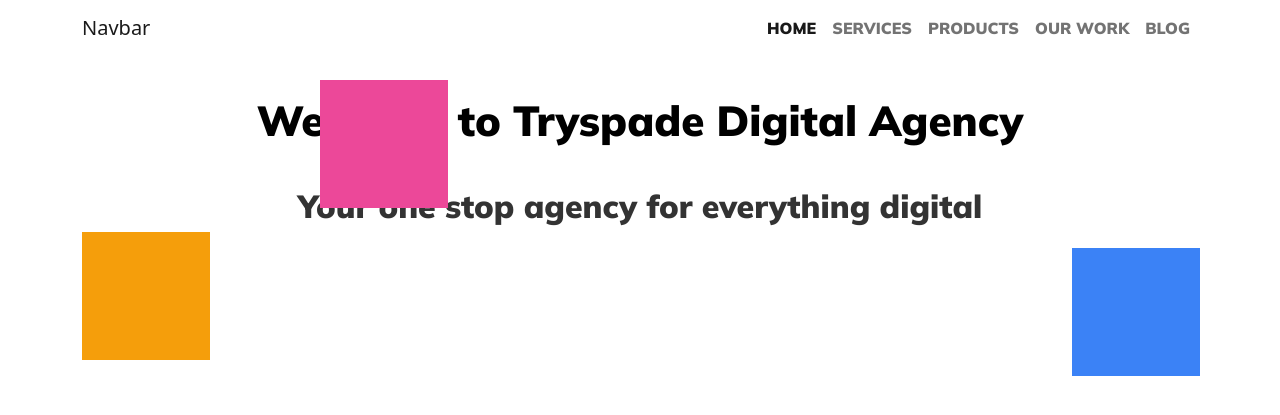
Repository: latenightsnacc/super-octo-fortnight
Page: index.html
The author's editor kept a copy of each file at every save. The page is drawn from the files as they stood at one save, then again after the next save.
The browser window is 1280 px wide. The pictures show the whole page.
Some web libraries are served in a nearby version. The style sheet was rebuilt from its Sass, Less or Tailwind sources for each picture, by a compiler version that may differ from the author's.

Above is the page before, as saved 2021-01-29 12:24:42.

### index.html
<!DOCTYPE html>
<html lang="en">
<head>
    <meta charset="UTF-8">
    <meta name="viewport" content="width=device-width, initial-scale=1.0">
    <!--Tailwind 2.0.2-->
    <link href="https://cdnjs.cloudflare.com/ajax/libs/tailwindcss/2.0.2/tailwind.min.css" rel="stylesheet">
    <!--Font Awesome 5.15.1-->
    <link rel="stylesheet" href="https://cdnjs.cloudflare.com/ajax/libs/font-awesome/5.15.1/css/all.min.css" integrity="sha512-+4zCK9k+qNFUR5X+cKL9EIR+ZOhtIloNl9GIKS57V1MyNsYpYcUrUeQc9vNfzsWfV28IaLL3i96P9sdNyeRssA==" crossorigin="anonymous" />
    <!-- Bootstrap 5.0.0 Beta-->
    <link href="https://cdn.jsdelivr.net/npm/bootstrap@5.0.0-beta1/dist/css/bootstrap.min.css" rel="stylesheet" integrity="sha384-giJF6kkoqNQ00vy+HMDP7azOuL0xtbfIcaT9wjKHr8RbDVddVHyTfAAsrekwKmP1" crossorigin="anonymous" />
    <!-- UIkit CSS -->
    <link rel="stylesheet" href="https://cdn.jsdelivr.net/npm/uikit@3.6.9/dist/css/uikit.min.css" />
    <link rel="apple-touch-icon" sizes="180x180" href="/apple-touch-icon.png">
    <link rel="icon" type="image/png" sizes="32x32" href="/favicon-32x32.png">
    <link rel="icon" type="image/png" sizes="16x16" href="/favicon-16x16.png">
    <link rel="manifest" href="/site.webmanifest">
    <!--Custom Stylesheet-->
    <link rel="stylesheet" href="stylesheet/stylesheet.css">
    <title>TrySpade - Digital Agency</title>
</head>
<body class="overflow-x-hidden min-h-screen" >
    <main class="w-full mx-auto">
        <header>
            <nav class="navbar navbar-expand-lg navbar-light bg-white">
                <div class="container">
                  <a class="navbar-brand" href="#">Navbar</a>
                  <button class="navbar-toggler" type="button" data-bs-toggle="collapse" data-bs-target="#navbarSupportedContent" aria-controls="navbarSupportedContent" aria-expanded="false" aria-label="Toggle navigation">
                    <span class="navbar-toggler-icon"></span>
                  </button>
                  <div class="collapse navbar-collapse" id="navbarSupportedContent">
                    <ul class="navbar-nav ml-auto mb-2 mb-lg-0">
                        <li class="nav-item">
                            <a class="nav-link active text-base uppercase" aria-current="page" href="#">Home</a>
                        </li>
                        <li class="nav-item">
                            <a class="nav-link text-base uppercase" href="#">services</a>
                        </li>
                        <li class="nav-item">
                            <a class="nav-link text-base uppercase" href="#">products</a>
                        </li>
                        <li class="nav-item">
                            <a class="nav-link text-base uppercase" href="#">our work</a>
                        </li>
                        <li class="nav-item">
                            <a class="nav-link text-base uppercase" href="#">blog</a>
                        </li>

                    </ul>
                  </div>
                </div>
            </nav>
        </header>
        <section id="banner" class="bg-white w-full">
            <div class="container">
                <div class="relative flex flex-col items-center h-auto"></div>
                    <h1 class="z-50 text-black text-center">Welcome to Tryspade Digital Agency</h1>
                    <h2 class="z-40 text-center">Your one stop agency for everything digital</h2>
                    <!--BOXES-->
                    <div class=" absolute bottom-50 left-50 ...">
                        <div class="z-0 border-2 border-yellow-500 bg-yellow-500 w-32 h-32"></div>
                    </div>
                    <div class="absolute bottom-70 right-20 ...">
                        <div class="z-0 border-2 border-blue-500 bg-blue-500 w-32 h-32"></div>
                    </div>
                    <div class="absolute top-20 left-80 ...">
                        <div class="z-0 border-2 border-pink-500 bg-pink-500 w-32 h-32"></div>
                    </div>

                </div>

        </section>
        <!-- <svg xmlns="http://www.w3.org/2000/svg" viewBox="0 0 1440 320"><path fill="#0099ff" fill-opacity="1" d="M0,320L48,282.7C96,245,192,171,288,122.7C384,75,480,53,576,69.3C672,85,768,139,864,170.7C960,203,1056,213,1152,208C1248,203,1344,181,1392,170.7L1440,160L1440,0L1392,0C1344,0,1248,0,1152,0C1056,0,960,0,864,0C768,0,672,0,576,0C480,0,384,0,288,0C192,0,96,0,48,0L0,0Z"></path></svg> -->
        <!-- <svg xmlns="http://www.w3.org/2000/svg" viewBox="0 0 1440 320"><path fill="#0099ff" fill-opacity="1" d="M0,64L48,96C96,128,192,192,288,213.3C384,235,480,213,576,170.7C672,128,768,64,864,42.7C960,21,1056,43,1152,64C1248,85,1344,107,1392,117.3L1440,128L1440,0L1392,0C1344,0,1248,0,1152,0C1056,0,960,0,864,0C768,0,672,0,576,0C480,0,384,0,288,0C192,0,96,0,48,0L0,0Z"></path></svg> -->
    </main>
    <!-- UIkit JS -->
    <script src="https://cdn.jsdelivr.net/npm/uikit@3.6.9/dist/js/uikit.min.js"></script>
    <script src="https://cdn.jsdelivr.net/npm/uikit@3.6.9/dist/js/uikit-icons.min.js"></script>
    <script src="https://cdn.jsdelivr.net/npm/bootstrap@5.0.0-beta1/dist/js/bootstrap.bundle.min.js" integrity="sha384-ygbV9kiqUc6oa4msXn9868pTtWMgiQaeYH7/t7LECLbyPA2x65Kgf80OJFdroafW" crossorigin="anonymous"></script>
    <!-- Start of HubSpot Embed Code -->
  <script type="text/javascript" id="hs-script-loader" async defer src="//js.hs-scripts.com/9284931.js"></script>
  <!-- End of HubSpot Embed Code -->
</body>
</html>

### Stylesheet/stylesheet.scss
@import 'variables';

h1, h2, h3, h4, h5, h6, .nav-link {
    font-family: $fontBold;
}

### Stylesheet/_variables.scss
@import url('https://fonts.googleapis.com/css2?family=Mulish:wght@900&family=Open+Sans&display=swap');

$fontBold: 'Mulish', sans-serif;
$fontRegular:'Open Sans', sans-serif;

After the next save:
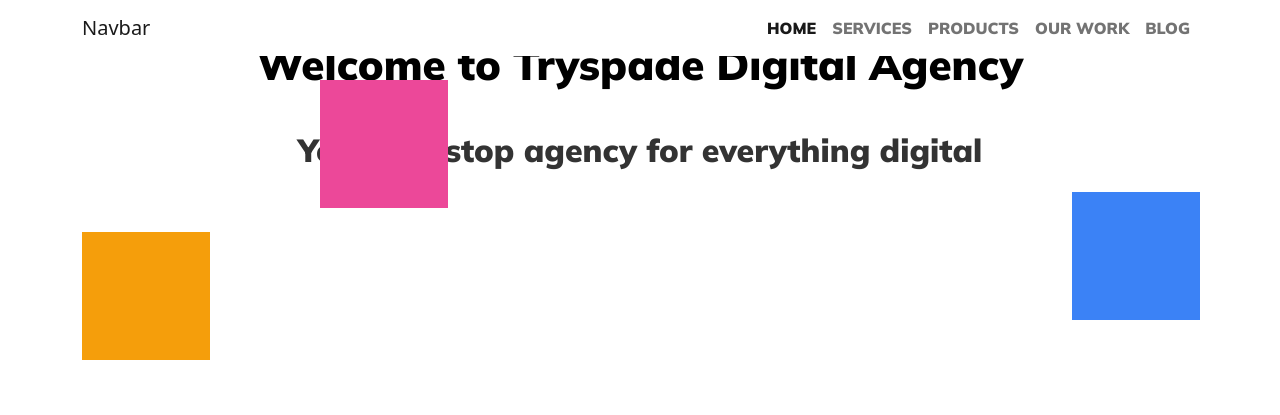
Saved 66 s later.
--- a/index.html
+++ b/index.html
@@ -22,7 +22,7 @@
 <body class="overflow-x-hidden min-h-screen" >
     <main class="w-full mx-auto">
         <header>
-            <nav class="navbar navbar-expand-lg navbar-light bg-white">
+            <nav class="navbar navbar-expand-lg navbar-light bg-white fixed-top">
                 <div class="container">
                   <a class="navbar-brand" href="#">Navbar</a>
                   <button class="navbar-toggler" type="button" data-bs-toggle="collapse" data-bs-target="#navbarSupportedContent" aria-controls="navbarSupportedContent" aria-expanded="false" aria-label="Toggle navigation">
